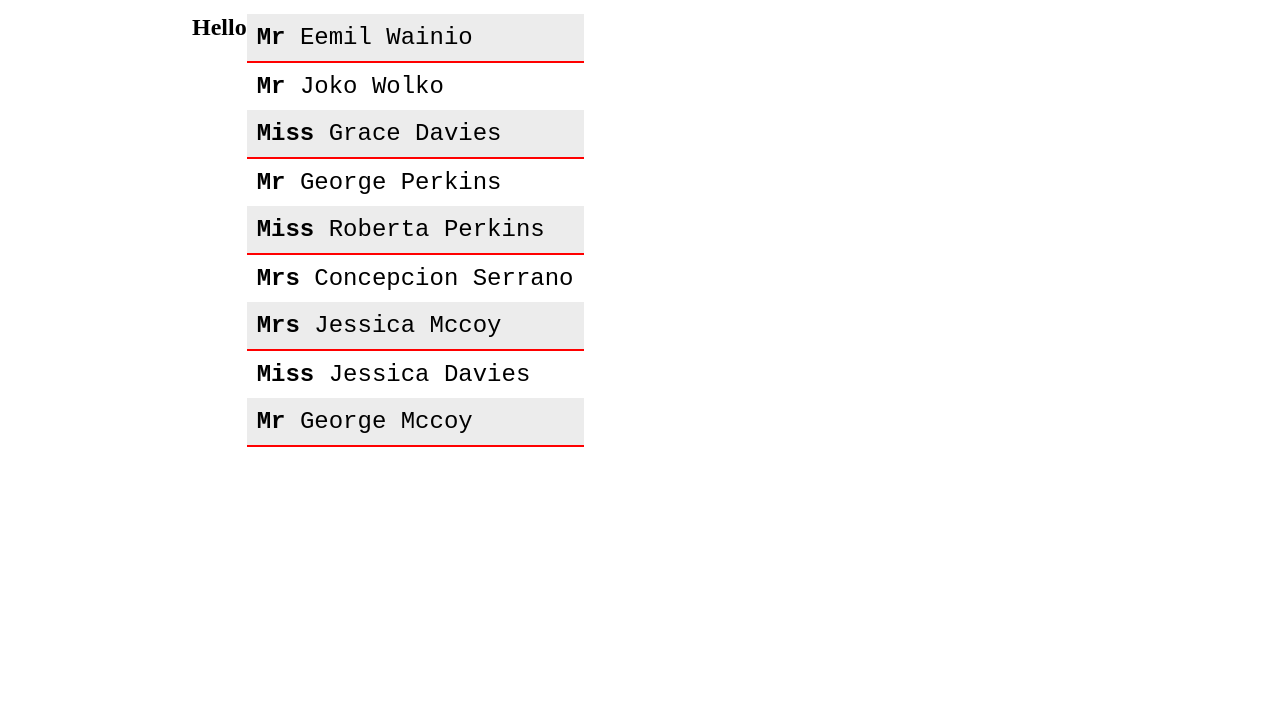
Repository: KrzysKolo/sr_tydzien5_zad4
Page: /
An editor plug-in stored every save of this project. The page is shown before and after the next save, followed by the edit.
The browser window is 1280 px wide. The pictures show the whole page.
The project was rebuilt for these pictures with package versions that can differ from the ones it lists, and the page was loaded fresh each time.

Above is the page before, as saved 2021-01-03 05:07:11.

After the next save:
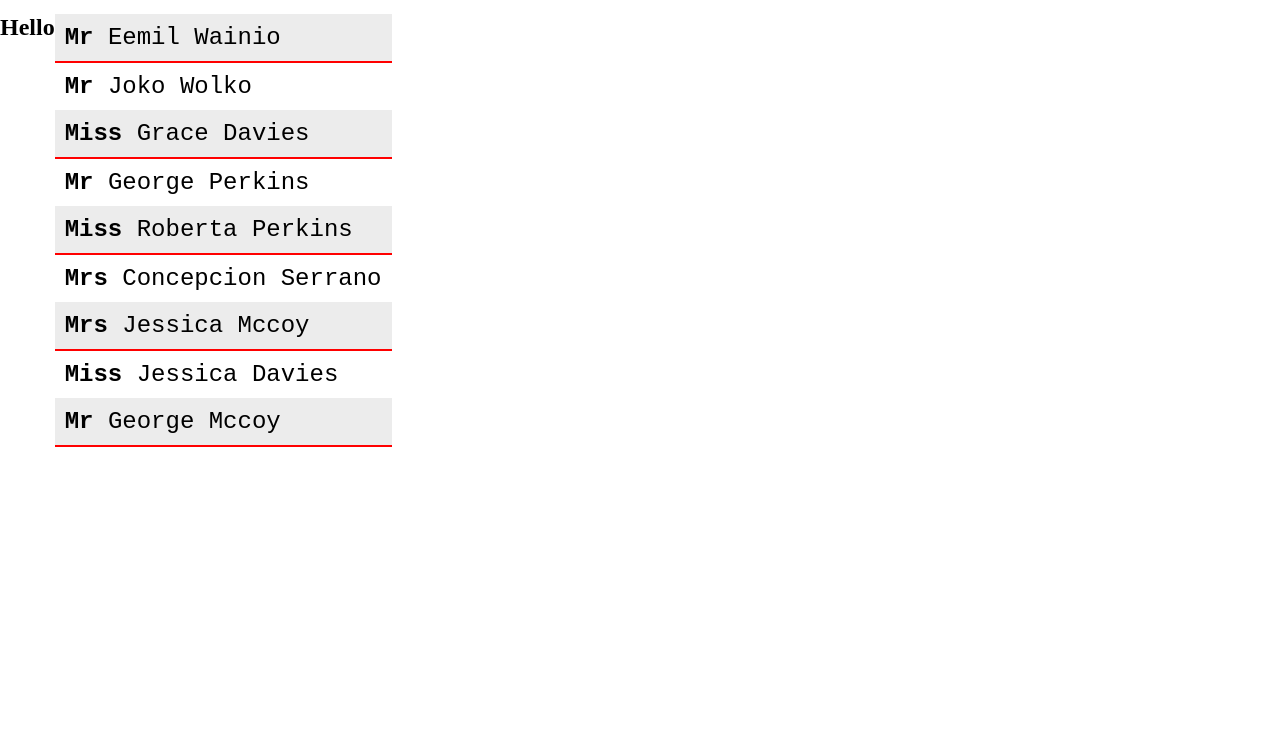
Saved 53 s later.
--- a/src/App.css
+++ b/src/App.css
@@ -3,9 +3,13 @@
   padding: 0;
   margin: 0;
 }
+body {
+  height: 100vh;
+  width: 100vw;
+}
 section {
   margin: 2vh auto;
-  width: 70%;
+  width: 70;
   display: flex;
   flex-direction: columns;
 }
